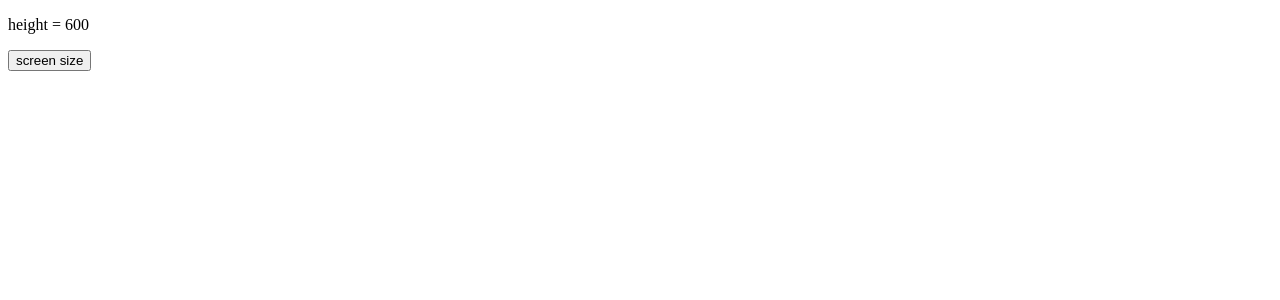
Repository: AndreyMykulych/javascript
Page: 13/index.html
These files come from the project's save history. The page is drawn as it stood at one moment and after the next save; the edit follows.
The browser window is 1280 px wide. The pictures show the whole page.
After loading, the first visible `button.addStorageKey` was clicked once.

Above is the page before, as saved 2023-05-05 23:30:30.

After the next save:
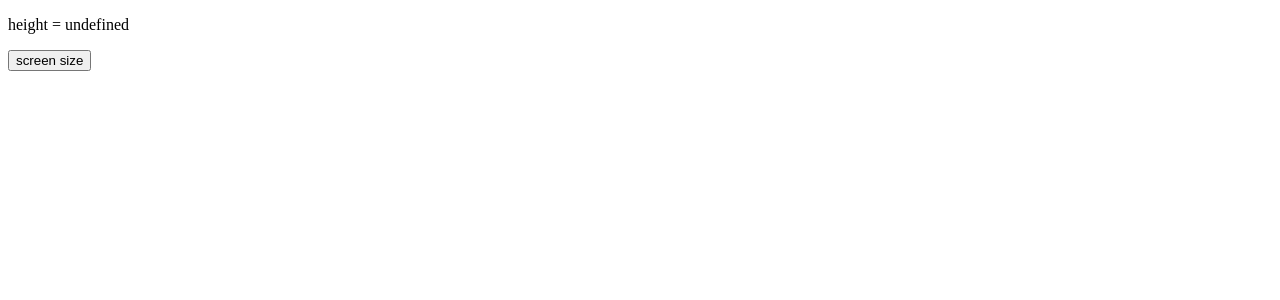
Saved 5 s later.
--- a/13/one.js
+++ b/13/one.js
@@ -8,7 +8,7 @@ window.onload = () => {
        let key2 = localStorage.setItem('key2', window.screen.height)
         p.innerHTML = `width =${key1}`
         p.innerHTML = '<br>'
-        p.innerHTML=`height = ${window.screen.height}`
+        p.innerHTML=`height = ${key2}`
 
     }
 }
